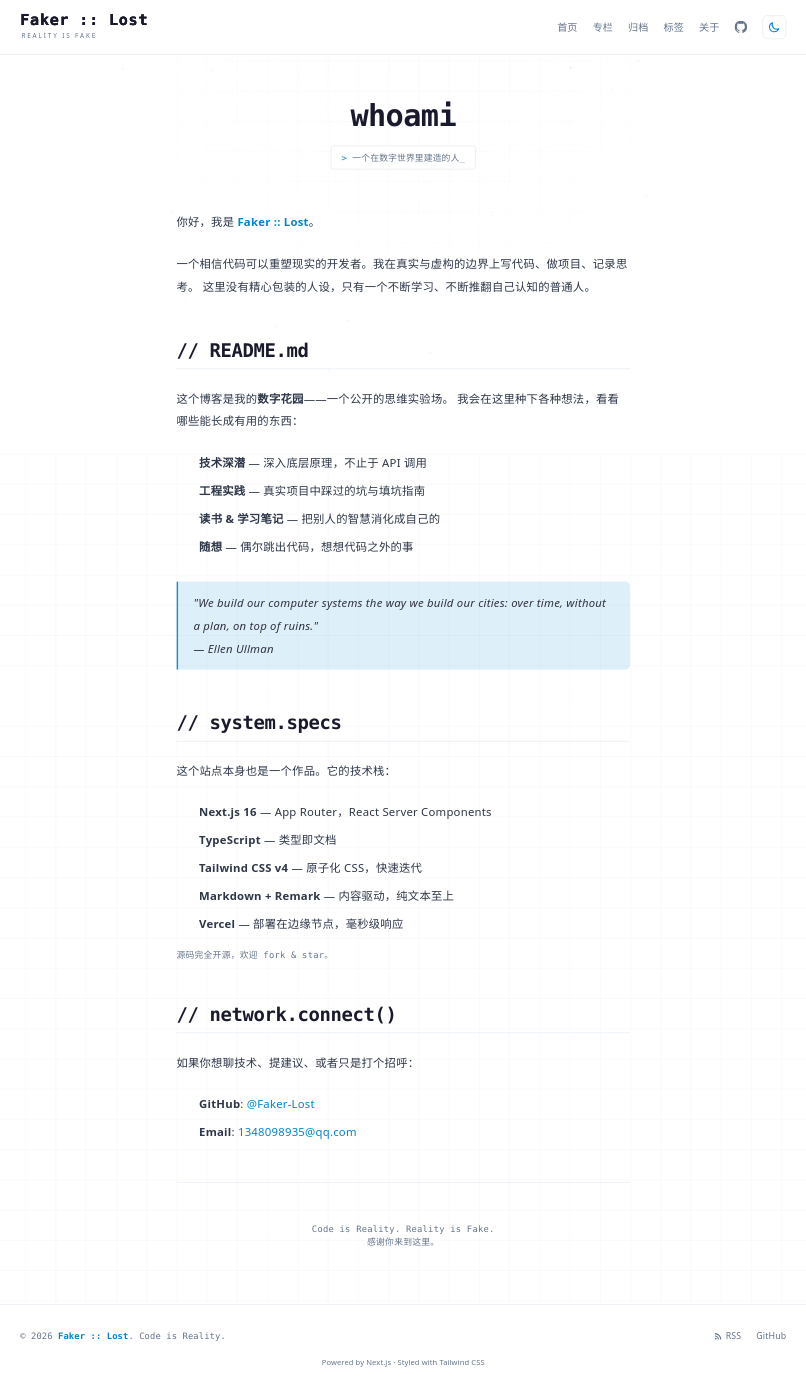
Repository: Faker-Lost/my-blog
Page: /about
The author's editor kept a copy of each file at every save. The page is drawn from the files as they stood at one save, then again after the next save.
The browser window is 1280 px wide. The pictures show the whole page, at 63% of full size.
The project was rebuilt for these pictures with package versions that can differ from the ones it lists, and the page was loaded fresh each time. The framework's server and built-in components were replaced by stand-ins that run in the browser. Also part of the build but not shown: next.config.ts.

Above is the page before, as saved 2026-02-10 15:30:21.

### app/layout.tsx
import type { Metadata } from "next";
import { Inter } from "next/font/google";
import Header from "@/components/Header";
import Footer from "@/components/Footer";
import ParticleBackground from "@/components/ParticleBackground";
import { SpeedInsights } from "@vercel/speed-insights/next";
import "./globals.css";

// 使用 Inter 字体 —— 现代、清晰、跨平台一致
const inter = Inter({
  subsets: ['latin'],
  variable: '--font-inter',
  display: 'swap',
});

export const metadata: Metadata = {
  title: {
    default: "Faker :: Lost",
    template: "%s | Faker :: Lost",
  },
  description: "Code is Reality. Reality is Fake. 技术探索与迷失记录。",
  keywords: ["Faker-Lost", "博客", "技术", "C++", "Qt", "OpenCV"],
  authors: [{ name: "Faker-Lost" }],
  openGraph: {
    type: "website",
    locale: "zh_CN",
    siteName: "Faker :: Lost",
  },
  verification: {
    other: {
      "baidu-site-verification": "codeva-wALds0TuPo",
    },
  },
};

export default function RootLayout({
  children,
}: Readonly<{
  children: React.ReactNode;
}>) {
  return (
    <html lang="zh-CN" suppressHydrationWarning>
      <head>
        {/* 防止 FOUC - 提前应用主题 */}
        <script
          dangerouslySetInnerHTML={{
            __html: `
              (function() {
                try {
                  var darkMode = localStorage.getItem('darkMode');
                  if (darkMode === 'true' || (!darkMode && window.matchMedia('(prefers-color-scheme: dark)').matches)) {
                    document.documentElement.classList.add('dark');
                  }
                } catch (e) {}
              })();
            `,
          }}
        />
      </head>
      <body className={`${inter.variable} min-h-screen flex flex-col relative antialiased`}>
        <ParticleBackground />
        <Header />
        <main className="flex-1">
          {children}
        </main>
        <Footer />
        <SpeedInsights />
      </body>
    </html>
  );
}

### app/about/page.tsx
import { Metadata } from 'next';
import AutoGlitchText from '@/components/AutoGlitchText';

export const metadata: Metadata = {
  title: '关于 | Faker :: Lost',
  description: '在比特流中迷失自我，在伪造中寻找真理。',
};

export default function AboutPage() {
  return (
    <div className="max-w-3xl mx-auto px-6 py-16 page-transition">
      {/* Hero 区域 */}
      <section className="text-center mb-16">
        <h1 className="text-4xl md:text-5xl font-bold font-mono tracking-tight text-[var(--foreground)] mb-4">
          <AutoGlitchText text="whoami" glitchInterval={5000} glitchDuration={400} />
        </h1>
        <div className="inline-block px-4 py-2 border border-[var(--border)] rounded bg-[var(--card)] text-sm text-[var(--muted)] font-mono">
          <span className="text-[var(--accent)]">&gt;</span> 一个在数字世界里建造的人<span className="animate-pulse">_</span>
        </div>
      </section>

      <article className="prose">
        {/* 自我介绍 */}
        <p>
          你好，我是 <strong className="text-[var(--accent)]">Faker :: Lost</strong>。
        </p>
        <p>
          一个相信代码可以重塑现实的开发者。我在真实与虚构的边界上写代码、做项目、记录思考。
          这里没有精心包装的人设，只有一个不断学习、不断推翻自己认知的普通人。
        </p>

        <h2>// README.md</h2>

        <p>
          这个博客是我的<strong>数字花园</strong>——一个公开的思维实验场。
          我会在这里种下各种想法，看看哪些能长成有用的东西：
        </p>

        <ul>
          <li><strong>技术深潜</strong> — 深入底层原理，不止于 API 调用</li>
          <li><strong>工程实践</strong> — 真实项目中踩过的坑与填坑指南</li>
          <li><strong>读书 & 学习笔记</strong> — 把别人的智慧消化成自己的</li>
          <li><strong>随想</strong> — 偶尔跳出代码，想想代码之外的事</li>
        </ul>

        <blockquote>
          "We build our computer systems the way we build our cities: over time, without a plan, on top of ruins."
          <br />— Ellen Ullman
        </blockquote>

        <h2>// system.specs</h2>

        <p>
          这个站点本身也是一个作品。它的技术栈：
        </p>

        <ul>
          <li><strong>Next.js 16</strong> — App Router，React Server Components</li>
          <li><strong>TypeScript</strong> — 类型即文档</li>
          <li><strong>Tailwind CSS v4</strong> — 原子化 CSS，快速迭代</li>
          <li><strong>Markdown + Remark</strong> — 内容驱动，纯文本至上</li>
          <li><strong>Vercel</strong> — 部署在边缘节点，毫秒级响应</li>
        </ul>

        <p className="text-sm text-[var(--muted)] font-mono">
          源码完全开源，欢迎 fork & star。
        </p>

        <h2>// network.connect()</h2>

        <p>
          如果你想聊技术、提建议、或者只是打个招呼：
        </p>

        <ul>
          <li>
            <strong>GitHub</strong>:{' '}
            <a href="https://github.com/Faker-Lost" target="_blank" rel="noopener noreferrer">
              @Faker-Lost
            </a>
          </li>
          <li>
            <strong>Email</strong>:{' '}
            <a href="mailto:1348098935@qq.com">1348098935@qq.com</a>
          </li>
        </ul>

        <hr />

        <p className="text-center text-[var(--muted)] font-mono text-sm">
          Code is Reality. Reality is Fake.<br />
          感谢你来到这里。
        </p>
      </article>
    </div>
  );
}

### components/Header.tsx
import Link from 'next/link';
import ThemeToggle from './ThemeToggle';
import GlitchText from './GlitchText';

export default function Header() {
  return (
    <header className="sticky top-0 z-50 border-b border-[var(--border)] bg-[var(--header-bg)] backdrop-blur-xl supports-[backdrop-filter]:bg-opacity-60 transition-all duration-300">
      <div className="max-w-7xl mx-auto px-8 py-5 flex items-center justify-between">
        {/* Logo / 站点名称 */}
        <Link href="/" className="group flex flex-col items-start gap-1">
          <span
            className="text-2xl font-bold tracking-tighter text-[var(--foreground)]
                       group-hover:text-[var(--accent)] transition-colors leading-none font-mono"
          >
            <GlitchText text="Faker :: Lost" />
          </span>
          <span className="text-[10px] uppercase tracking-[0.3em] text-[var(--muted)] pl-0.5">
            REALITY IS FAKE
          </span>
        </Link>

        {/* 导航 */}
        <nav className="flex items-center gap-5 sm:gap-6">
          <Link
            href="/"
            className="text-[var(--muted)] hover:text-[var(--foreground)] transition-colors"
          >
            首页
          </Link>
          <Link
            href="/series"
            className="text-[var(--muted)] hover:text-[var(--foreground)] transition-colors"
          >
            专栏
          </Link>
          <Link
            href="/archive"
            className="text-[var(--muted)] hover:text-[var(--foreground)] transition-colors"
          >
            归档
          </Link>
          <Link
            href="/tags"
            className="text-[var(--muted)] hover:text-[var(--foreground)] transition-colors"
          >
            标签
          </Link>
          <Link
            href="/about"
            className="text-[var(--muted)] hover:text-[var(--foreground)] transition-colors"
          >
            关于
          </Link>
          <a
            href="https://github.com/Faker-Lost"
            target="_blank"
            rel="noopener noreferrer"
            className="text-[var(--muted)] hover:text-[var(--foreground)] transition-colors"
            aria-label="GitHub"
          >
            <svg className="w-5 h-5" fill="currentColor" viewBox="0 0 24 24">
              <path d="M12 0c-6.626 0-12 5.373-12 12 0 5.302 3.438 9.8 8.207 11.387.599.111.793-.261.793-.577v-2.234c-3.338.726-4.033-1.416-4.033-1.416-.546-1.387-1.333-1.756-1.333-1.756-1.089-.745.083-.729.083-.729 1.205.084 1.839 1.237 1.839 1.237 1.07 1.834 2.807 1.304 3.492.997.107-.775.418-1.305.762-1.604-2.665-.305-5.467-1.334-5.467-5.931 0-1.311.469-2.381 1.236-3.221-.124-.303-.535-1.524.117-3.176 0 0 1.008-.322 3.301 1.23.957-.266 1.983-.399 3.003-.404 1.02.005 2.047.138 3.006.404 2.291-1.552 3.297-1.23 3.297-1.23.653 1.653.242 2.874.118 3.176.77.84 1.235 1.911 1.235 3.221 0 4.609-2.807 5.624-5.479 5.921.43.372.823 1.102.823 2.222v3.293c0 .319.192.694.801.576 4.765-1.589 8.199-6.086 8.199-11.386 0-6.627-5.373-12-12-12z" />
            </svg>
          </a>
          <ThemeToggle />
        </nav>
      </div>
    </header>
  );
}

### components/Footer.tsx
import Link from 'next/link';

export default function Footer() {
  const currentYear = new Date().getFullYear();

  return (
    <footer className="border-t border-[var(--border)] bg-[var(--background)] mt-auto">
      <div className="max-w-7xl mx-auto px-8 py-10">
        <div className="flex flex-col md:flex-row items-center justify-between gap-4">
          {/* 版权信息 */}
          <p className="text-sm font-mono text-[var(--muted)]">
            © {currentYear} <span className="font-bold text-[var(--accent)]">Faker :: Lost</span>. Code is Reality.
          </p>

          {/* 链接 */}
          <div className="flex items-center gap-6 text-sm">
            <Link
              href="/rss.xml"
              className="text-[var(--muted)] hover:text-[var(--accent)] transition-colors flex items-center gap-1"
            >
              <svg className="w-4 h-4" fill="currentColor" viewBox="0 0 24 24">
                <path d="M6.18 15.64a2.18 2.18 0 0 1 2.18 2.18C8.36 19 7.38 20 6.18 20C5 20 4 19 4 17.82a2.18 2.18 0 0 1 2.18-2.18M4 4.44A15.56 15.56 0 0 1 19.56 20h-2.83A12.73 12.73 0 0 0 4 7.27V4.44m0 5.66a9.9 9.9 0 0 1 9.9 9.9h-2.83A7.07 7.07 0 0 0 4 12.93V10.1z" />
              </svg>
              RSS
            </Link>
            <a
              href="https://github.com/Faker-Lost"
              target="_blank"
              rel="noopener noreferrer"
              className="text-[var(--muted)] hover:text-[var(--accent)] transition-colors"
            >
              GitHub
            </a>
          </div>
        </div>

        {/* 技术栈标识 */}
        <p className="text-center text-xs text-[var(--muted)] mt-6">
          Powered by Next.js · Styled with Tailwind CSS
        </p>
      </div>
    </footer>
  );
}

### components/ParticleBackground.tsx
'use client';

import { useEffect, useRef, useState } from 'react';

export default function ParticleBackground() {
  const canvasRef = useRef<HTMLCanvasElement>(null);
  const [isMobile, setIsMobile] = useState(false);

  useEffect(() => {
    // 检测移动设备或小屏幕
    const checkMobile = () => {
      setIsMobile(window.innerWidth < 768 || 'ontouchstart' in window);
    };
    checkMobile();
    window.addEventListener('resize', checkMobile);
    return () => window.removeEventListener('resize', checkMobile);
  }, []);

  useEffect(() => {
    // 移动端不渲染粒子，节省性能
    if (isMobile) return;

    const canvas = canvasRef.current;
    if (!canvas) return;

    const ctx = canvas.getContext('2d');
    if (!ctx) return;

    let animationFrameId: number;
    let particles: Particle[] = [];
    const particleCount = 45;
    const connectionDistance = 140;
    const mouseDistance = 180;

    let width = window.innerWidth;
    let height = window.innerHeight;

    const mouse = { x: -1000, y: -1000 };

    const handleMouseMove = (e: MouseEvent) => {
      mouse.x = e.clientX;
      mouse.y = e.clientY;
    };

    const handleResize = () => {
      width = window.innerWidth;
      height = window.innerHeight;
      canvas.width = width;
      canvas.height = height;
      initParticles();
    };

    class Particle {
      x: number;
      y: number;
      vx: number;
      vy: number;
      size: number;

      constructor() {
        this.x = Math.random() * width;
        this.y = Math.random() * height;
        this.vx = (Math.random() - 0.5) * 0.4;
        this.vy = (Math.random() - 0.5) * 0.4;
        this.size = Math.random() * 1.5 + 0.8;
      }

      update() {
        this.x += this.vx;
        this.y += this.vy;

        if (this.x < 0 || this.x > width) this.vx *= -1;
        if (this.y < 0 || this.y > height) this.vy *= -1;

        const dx = mouse.x - this.x;
        const dy = mouse.y - this.y;
        const distance = Math.sqrt(dx * dx + dy * dy);

        if (distance < mouseDistance) {
          const forceDirectionX = dx / distance;
          const forceDirectionY = dy / distance;
          const force = (mouseDistance - distance) / mouseDistance;
          this.vx += forceDirectionX * force * 0.03;
          this.vy += forceDirectionY * force * 0.03;
        }

        // 限制最大速度
        const maxSpeed = 1.2;
        const speed = Math.sqrt(this.vx * this.vx + this.vy * this.vy);
        if (speed > maxSpeed) {
          this.vx = (this.vx / speed) * maxSpeed;
          this.vy = (this.vy / speed) * maxSpeed;
        }
      }

      draw() {
        if (!ctx) return;
        ctx.beginPath();
        ctx.arc(this.x, this.y, this.size, 0, Math.PI * 2);
        const isDark = document.documentElement.classList.contains('dark');
        ctx.fillStyle = isDark ? 'rgba(34, 211, 238, 0.6)' : 'rgba(2, 132, 199, 0.4)';
        ctx.fill();
      }
    }

    const initParticles = () => {
      particles = [];
      for (let i = 0; i < particleCount; i++) {
        particles.push(new Particle());
      }
    };

    const animate = () => {
      if (!ctx) return;
      ctx.clearRect(0, 0, width, height);

      const isDark = document.documentElement.classList.contains('dark');
      const lineColor = isDark ? '34, 211, 238' : '2, 132, 199';

      particles.forEach((particle, index) => {
        particle.update();
        particle.draw();

        // 粒子间连线
        for (let j = index + 1; j < particles.length; j++) {
          const dx = particle.x - particles[j].x;
          const dy = particle.y - particles[j].y;
          const distance = Math.sqrt(dx * dx + dy * dy);

          if (distance < connectionDistance) {
            ctx.beginPath();
            const opacity = 1 - distance / connectionDistance;
            ctx.strokeStyle = `rgba(${lineColor}, ${opacity * 0.15})`;
            ctx.lineWidth = 0.8;
            ctx.moveTo(particle.x, particle.y);
            ctx.lineTo(particles[j].x, particles[j].y);
            ctx.stroke();
          }
        }

        // 与鼠标连线
        const dx = particle.x - mouse.x;
        const dy = particle.y - mouse.y;
        const distance = Math.sqrt(dx * dx + dy * dy);
        if (distance < mouseDistance) {
          ctx.beginPath();
          const opacity = 1 - distance / mouseDistance;
          ctx.strokeStyle = `rgba(${lineColor}, ${opacity * 0.25})`;
          ctx.lineWidth = 0.8;
          ctx.moveTo(particle.x, particle.y);
          ctx.lineTo(mouse.x, mouse.y);
          ctx.stroke();
        }
      });

      animationFrameId = requestAnimationFrame(animate);
    };

    canvas.width = width;
    canvas.height = height;
    initParticles();
    animate();

    window.addEventListener('resize', handleResize);
    window.addEventListener('mousemove', handleMouseMove);

    return () => {
      cancelAnimationFrame(animationFrameId);
      window.removeEventListener('resize', handleResize);
      window.removeEventListener('mousemove', handleMouseMove);
    };
  }, [isMobile]);

  // 移动端不渲染 canvas
  if (isMobile) return null;

  return (
    <canvas
      ref={canvasRef}
      className="fixed top-0 left-0 w-full h-full pointer-events-none -z-10 opacity-50"
    />
  );
}

### components/AutoGlitchText.tsx
'use client';

import { useEffect, useState } from 'react';

interface AutoGlitchTextProps {
  text: string;
  className?: string;
  glitchInterval?: number; // 闪烁间隔（毫秒），默认 4 秒
  glitchDuration?: number; // 闪烁持续时间（毫秒），默认 300ms
}

export default function AutoGlitchText({
  text,
  className = '',
  glitchInterval = 4000,
  glitchDuration = 400,
}: AutoGlitchTextProps) {
  const [isGlitching, setIsGlitching] = useState(false);

  useEffect(() => {
    const interval = setInterval(() => {
      setIsGlitching(true);
      setTimeout(() => setIsGlitching(false), glitchDuration);
    }, glitchInterval);

    return () => clearInterval(interval);
  }, [glitchInterval, glitchDuration]);

  return (
    <div className={`auto-glitch-wrapper ${className}`}>
      <div
        className={`auto-glitch ${isGlitching ? 'glitching' : ''}`}
        data-text={text}
      >
        {text}
      </div>
    </div>
  );
}

### components/ThemeToggle.tsx
'use client';

import { useEffect, useState } from 'react';

export default function ThemeToggle() {
  const [darkMode, setDarkMode] = useState(false);
  const [mounted, setMounted] = useState(false);

  useEffect(() => {
    setMounted(true);
    // 检查本地存储或系统偏好
    const stored = localStorage.getItem('darkMode');
    if (stored !== null) {
      setDarkMode(stored === 'true');
    } else {
      setDarkMode(window.matchMedia('(prefers-color-scheme: dark)').matches);
    }
  }, []);

  useEffect(() => {
    if (mounted) {
      if (darkMode) {
        document.documentElement.classList.add('dark');
      } else {
        document.documentElement.classList.remove('dark');
      }
      localStorage.setItem('darkMode', String(darkMode));
    }
  }, [darkMode, mounted]);

  // 防止 hydration 不匹配
  if (!mounted) {
    return (
      <button
        className="p-2 rounded-lg bg-[var(--card)] border border-[var(--border)]"
        aria-label="切换主题"
      >
        <span className="w-5 h-5 block" />
      </button>
    );
  }

  return (
    <button
      onClick={() => setDarkMode(!darkMode)}
      className="p-2 rounded-lg bg-[var(--card)] border border-[var(--border)]
                 hover:border-[var(--accent)] transition-colors"
      aria-label={darkMode ? '切换到浅色模式' : '切换到暗黑模式'}
    >
      {darkMode ? (
        // 太阳图标
        <svg
          className="w-5 h-5 text-[var(--accent)]"
          fill="none"
          stroke="currentColor"
          viewBox="0 0 24 24"
        >
          <path
            strokeLinecap="round"
            strokeLinejoin="round"
            strokeWidth={2}
            d="M12 3v1m0 16v1m9-9h-1M4 12H3m15.364 6.364l-.707-.707M6.343 6.343l-.707-.707m12.728 0l-.707.707M6.343 17.657l-.707.707M16 12a4 4 0 11-8 0 4 4 0 018 0z"
          />
        </svg>
      ) : (
        // 月亮图标
        <svg
          className="w-5 h-5 text-[var(--accent)]"
          fill="none"
          stroke="currentColor"
          viewBox="0 0 24 24"
        >
          <path
            strokeLinecap="round"
            strokeLinejoin="round"
            strokeWidth={2}
            d="M20.354 15.354A9 9 0 018.646 3.646 9.003 9.003 0 0012 21a9.003 9.003 0 008.354-5.646z"
          />
        </svg>
      )}
    </button>
  );
}

### components/GlitchText.tsx
import React from 'react';

interface GlitchTextProps {
  text: string;
  className?: string; // Allow additional styling
}

export default function GlitchText({ text, className = '' }: GlitchTextProps) {
  return (
    <div className={`glitch-wrapper ${className}`}>
      <div
        className="glitch relative font-bold tracking-wider"
        data-text={text}
      >
        {text}
      </div>
    </div>
  );
}

Loaded but not shown: app/globals.css (600 lines, source omitted)

After the next save:
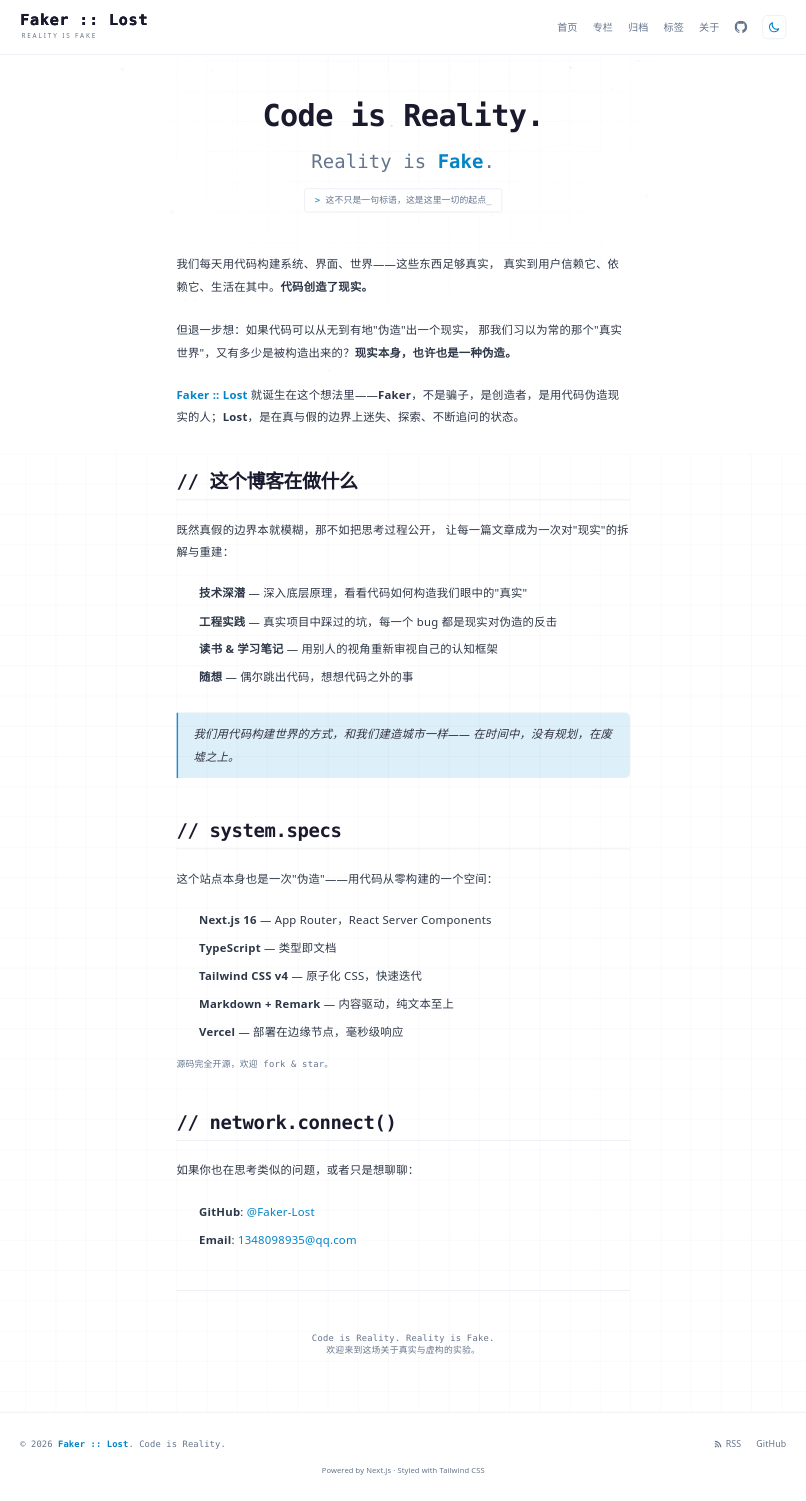
Saved 4 min 4 s later.
--- a/app/about/page.tsx
+++ b/app/about/page.tsx
@@ -3,55 +3,66 @@ import AutoGlitchText from '@/components/AutoGlitchText';
 
 export const metadata: Metadata = {
   title: '关于 | Faker :: Lost',
-  description: '在比特流中迷失自我，在伪造中寻找真理。',
+  description: 'Code is Reality. Reality is Fake. 在代码构建的现实与现实本身的虚构之间，记录一切。',
 };
 
 export default function AboutPage() {
   return (
     <div className="max-w-3xl mx-auto px-6 py-16 page-transition">
-      {/* Hero 区域 */}
+      {/* Hero — 核心 slogan 作为页面灵魂 */}
       <section className="text-center mb-16">
-        <h1 className="text-4xl md:text-5xl font-bold font-mono tracking-tight text-[var(--foreground)] mb-4">
-          <AutoGlitchText text="whoami" glitchInterval={5000} glitchDuration={400} />
+        <h1 className="text-4xl md:text-5xl font-bold font-mono tracking-tight text-[var(--foreground)] mb-6">
+          <AutoGlitchText text="Code is Reality." glitchInterval={5000} glitchDuration={400} />
         </h1>
+        <p className="text-2xl md:text-3xl font-mono text-[var(--muted)] mb-6">
+          Reality is <span className="text-[var(--accent)] font-semibold">Fake</span>.
+        </p>
         <div className="inline-block px-4 py-2 border border-[var(--border)] rounded bg-[var(--card)] text-sm text-[var(--muted)] font-mono">
-          <span className="text-[var(--accent)]">&gt;</span> 一个在数字世界里建造的人<span className="animate-pulse">_</span>
+          <span className="text-[var(--accent)]">&gt;</span> 这不只是一句标语，这是这里一切的起点<span className="animate-pulse">_</span>
         </div>
       </section>
 
       <article className="prose">
-        {/* 自我介绍 */}
+        {/* 核心哲学展开 */}
         <p>
-          你好，我是 <strong className="text-[var(--accent)]">Faker :: Lost</strong>。
+          我们每天用代码构建系统、界面、世界——这些东西足够真实，
+          真实到用户信赖它、依赖它、生活在其中。
+          <strong>代码创造了现实。</strong>
         </p>
         <p>
-          一个相信代码可以重塑现实的开发者。我在真实与虚构的边界上写代码、做项目、记录思考。
-          这里没有精心包装的人设，只有一个不断学习、不断推翻自己认知的普通人。
+          但退一步想：如果代码可以从无到有地"伪造"出一个现实，
+          那我们习以为常的那个"真实世界"，又有多少是被构造出来的？
+          <strong>现实本身，也许也是一种伪造。</strong>
+        </p>
+        <p>
+          <strong className="text-[var(--accent)]">Faker :: Lost</strong> 就诞生在这个想法里——
+          <strong>Faker</strong>，不是骗子，是创造者，是用代码伪造现实的人；
+          <strong>Lost</strong>，是在真与假的边界上迷失、探索、不断追问的状态。
         </p>
 
-        <h2>// README.md</h2>
+        <h2>// 这个博客在做什么</h2>
 
         <p>
-          这个博客是我的<strong>数字花园</strong>——一个公开的思维实验场。
-          我会在这里种下各种想法，看看哪些能长成有用的东西：
+          既然真假的边界本就模糊，那不如把思考过程公开，
+          让每一篇文章成为一次对"现实"的拆解与重建：
         </p>
 
         <ul>
-          <li><strong>技术深潜</strong> — 深入底层原理，不止于 API 调用</li>
-          <li><strong>工程实践</strong> — 真实项目中踩过的坑与填坑指南</li>
-          <li><strong>读书 & 学习笔记</strong> — 把别人的智慧消化成自己的</li>
+          <li><strong>技术深潜</strong> — 深入底层原理，看看代码如何构造我们眼中的"真实"</li>
+          <li><strong>工程实践</strong> — 真实项目中踩过的坑，每一个 bug 都是现实对伪造的反击</li>
+          <li><strong>读书 & 学习笔记</strong> — 用别人的视角重新审视自己的认知框架</li>
           <li><strong>随想</strong> — 偶尔跳出代码，想想代码之外的事</li>
         </ul>
 
         <blockquote>
-          "We build our computer systems the way we build our cities: over time, without a plan, on top of ruins."
-          <br />— Ellen Ullman
+          我们用代码构建世界的方式，和我们建造城市一样——
+          在时间中，没有规划，在废墟之上。
         </blockquote>
 
         <h2>// system.specs</h2>
 
         <p>
-          这个站点本身也是一个作品。它的技术栈：
+          这个站点本身也是一次"伪造"——用代码从零构建的一个空间：
         </p>
 
         <ul>
@@ -69,7 +80,7 @@ export default function AboutPage() {
         <h2>// network.connect()</h2>
 
         <p>
-          如果你想聊技术、提建议、或者只是打个招呼：
+          如果你也在思考类似的问题，或者只是想聊聊：
         </p>
 
         <ul>
@@ -89,7 +100,7 @@ export default function AboutPage() {
 
         <p className="text-center text-[var(--muted)] font-mono text-sm">
           Code is Reality. Reality is Fake.<br />
-          感谢你来到这里。
+          欢迎来到这场关于真实与虚构的实验。
         </p>
       </article>
     </div>
